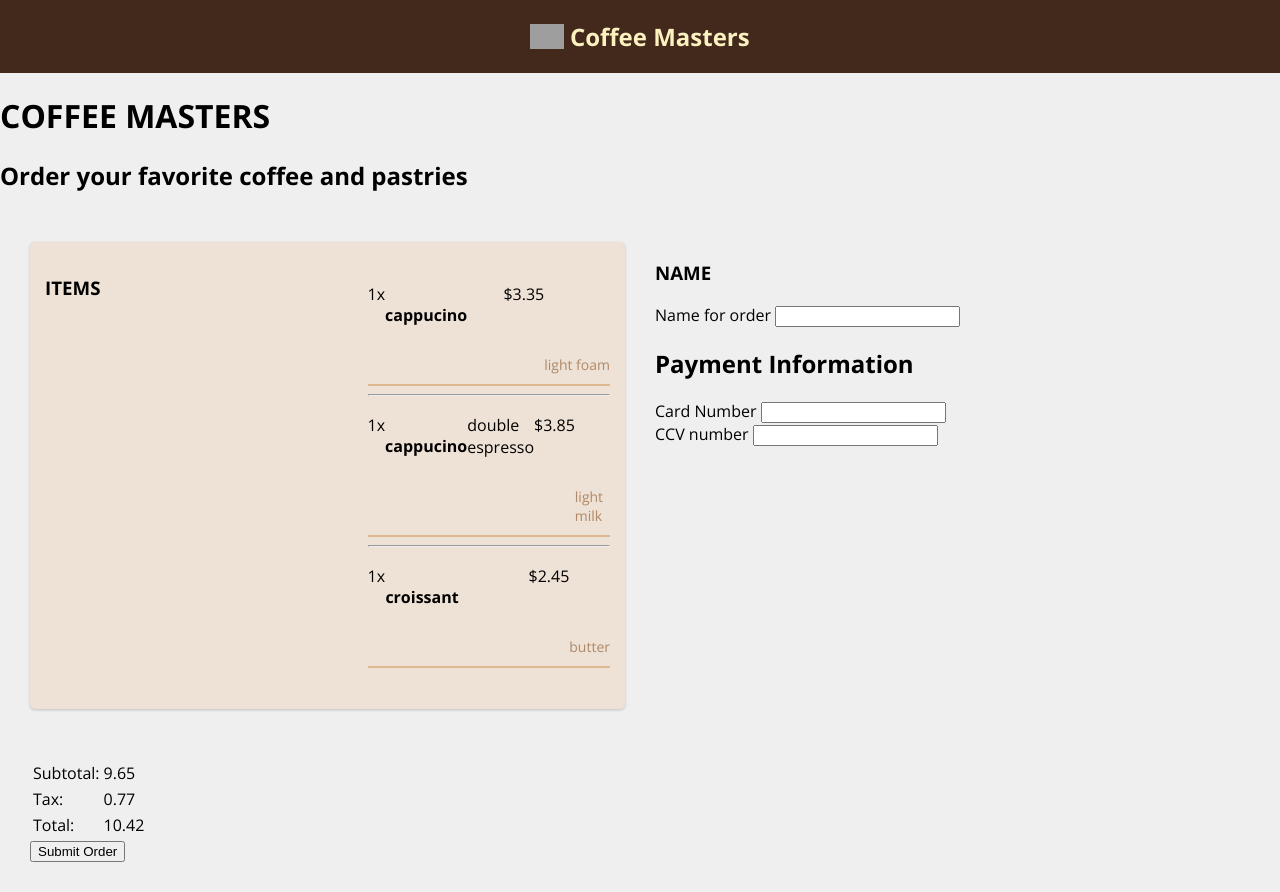
Repository: RkBeau/coffe_fm
Page: index.html
An editor plug-in stored every save of this project. The page is shown before and after the next save, followed by the edit.
The browser window is 1280 px wide. The pictures show the whole page.
Pictures or frames that could not be fetched are drawn as grey boxes.

Above is the page before, as saved 2024-04-18 05:14:07.

After the next save:
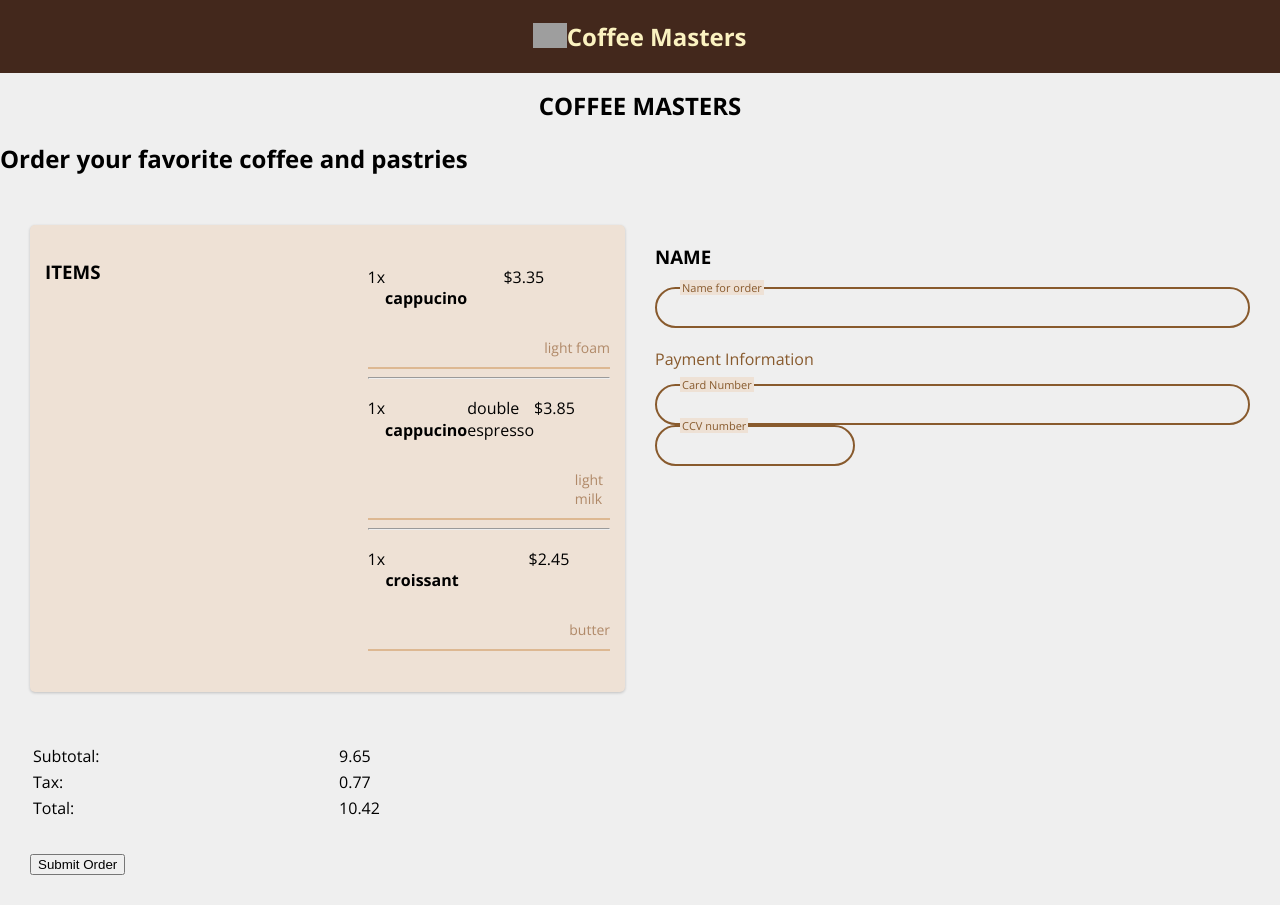
Saved 19 h 44 min later.
--- a/styles.css
+++ b/styles.css
@@ -23,15 +23,7 @@ main {
     grid-template-columns: 1fr 1fr;;
 }
 
-.main-nav {
-    background-color: #43281c;
-    color: #fbf2c0;
-    font-size: 16px;
-    display: flex;
-    align-items: center;
-    justify-content: center;
-    font-weight: normal;
-}
+
 
 .logo {
     height:25px;
@@ -76,10 +68,108 @@ main {
     padding:0;
     font-size: 14px;
 }
-}
+
 .brand {
     font-size: 24px;
     display: flex;
     justify-content: center;
     margin-bottom: 20px;
 }
+
+.main-nav {
+    background-color: #43281c;
+    color: #fbf2c0;
+    font-size: 16px;
+    display: flex;
+    align-items: center;
+    justify-content: center;
+    font-weight: normal;
+}
+
+.payment {
+    grid-area: payment;
+}
+
+section {
+    display: block;;
+}
+
+table {
+    display: table;
+    border-collapse: separate;
+    text-indent: initial;
+    unicode-bidi: isolate;
+    border-spacing: 2px;
+    border-color: grey;
+}
+
+.totals-tab {
+    width: 100%;
+    max-width: 500px;
+    margin-bottom: 30px
+}
+
+.input-group {
+    position: relative;
+    margin-bottom: 20px;
+}
+
+.box-title {
+    color: #885a2d;
+    font-weight: normal;
+    font-size: 16px;
+}
+
+.user-input-label {
+    color: #885a2d;
+    background-color:#eee1d5;
+    font-size: 11px;
+    position: absolute;
+    left: 25px;
+    top: -7px;
+    padding: 0 2px;
+    padding-top: 0px;
+    padding-right: 2px;
+    padding-bottom: 0px;
+    padding-left: 2px;
+}
+
+.user-input {
+    background-color: rgba(0, 0, 0, 0);
+    border: 2px #885a2d solid;
+    padding: 8px;
+    border-radius: 100px;
+    width: 100%;
+    text-indent: 18px;
+    font-size: 18px;
+}
+
+.short-input {
+    max-width: 200px;
+}
+
+tbody {
+    display: table-row-group;
+    vertical-align: middle;
+    unicode-bidi: isolate;
+    border-color: inherit;
+}
+
+r {
+    display: table-row;
+    vertical-align: inherit;
+    unicode-bidi: isolate;
+    border-color: inherit;
+    border-top-color: ;
+    border-right-color: ;
+    border-bottom-color: ;
+    border-left-color: ;
+}
+
+.totals-table td {
+    padding: 10px;
+}
+
+final-totals {
+    font-weight: bold;
+}
